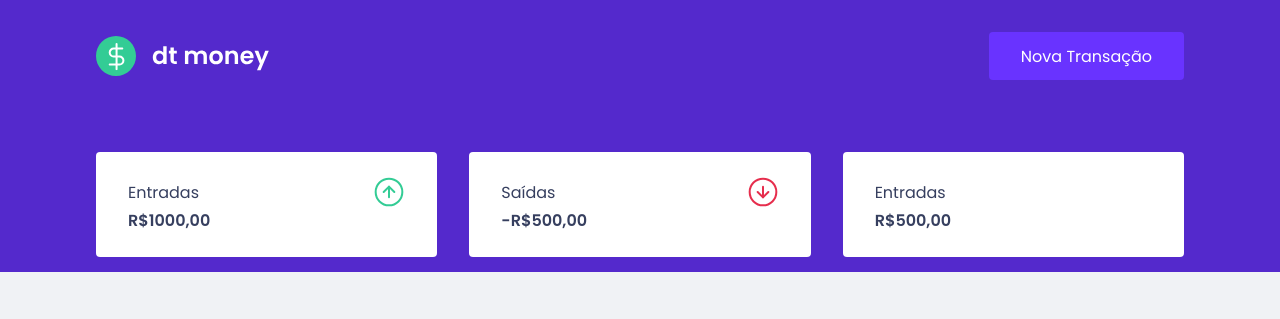
Repository: FreitasGabriel/dtmoney
Page: /
The author's editor kept a copy of each file at every save. The page is drawn from the files as they stood at one save, then again after the next save.
The browser window is 1280 px wide. The pictures show the whole page.
The project was rebuilt for these pictures with package versions that can differ from the ones it lists, and the page was loaded fresh each time.

Above is the page before, as saved 2021-03-15 21:12:36.

After the next save:
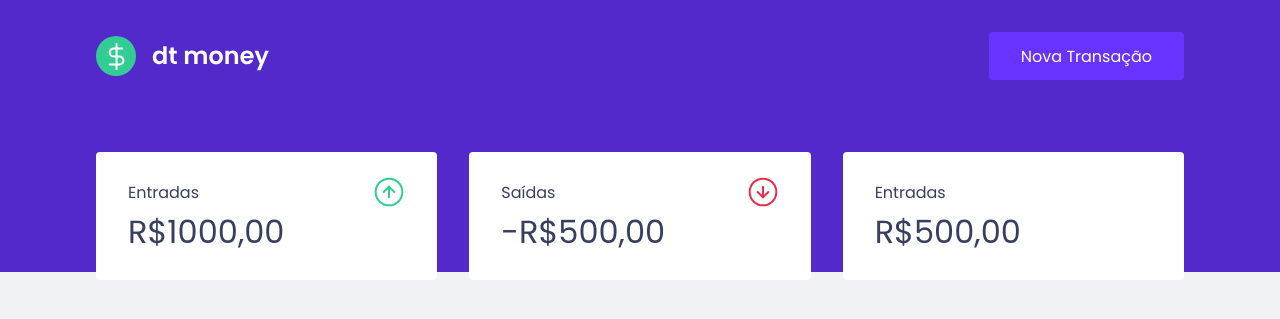
Saved 88 s later.
--- a/src/components/Summary/styles.ts
+++ b/src/components/Summary/styles.ts
@@ -17,5 +17,12 @@ export const Container = styled.div`
             align-items: center;
             justify-content: space-between;
         }
+
+        strong {
+            margin-top: 1rem;
+            font-size: 2rem;
+            font-weight: normal;
+            line-height: 3rem;
+        }
     }
 `
